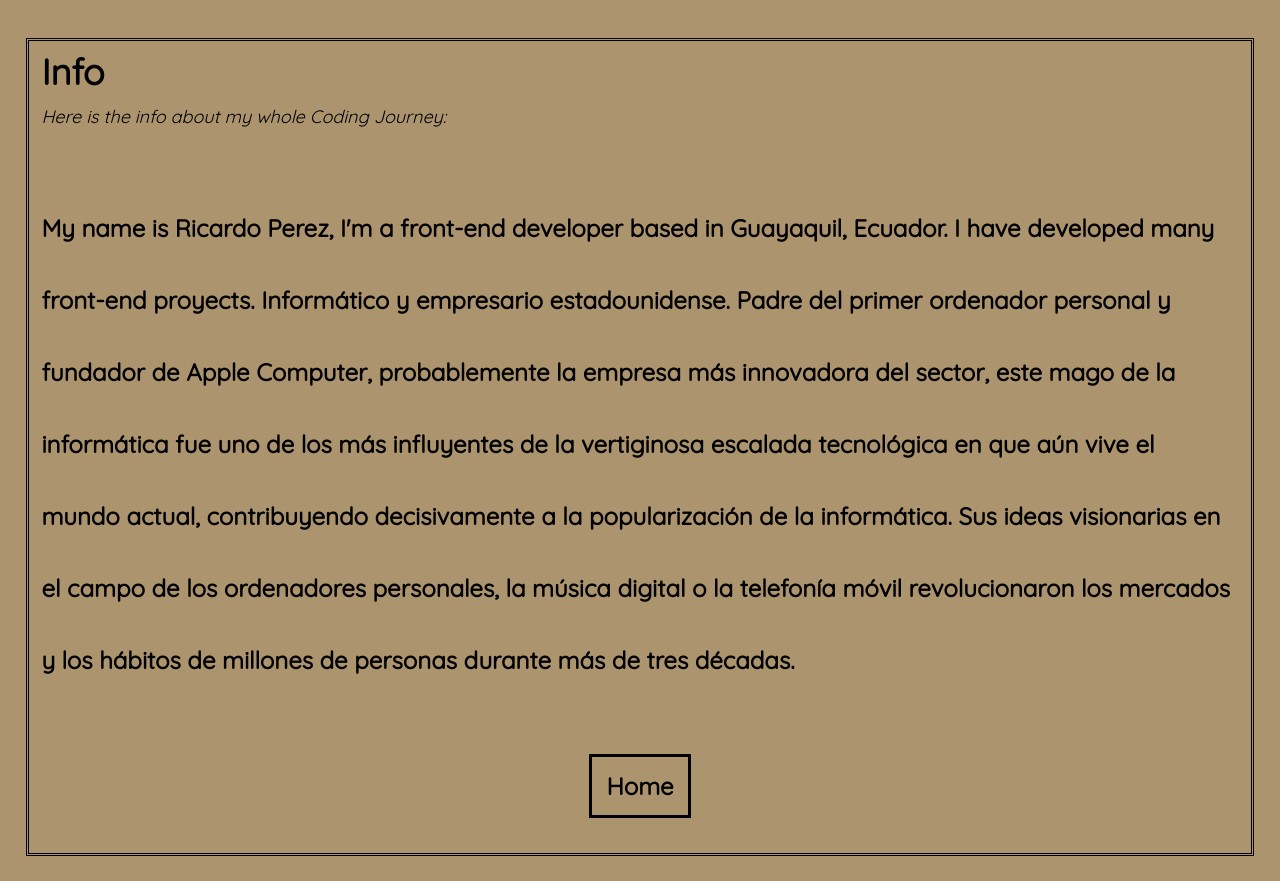
Repository: rickypcyt/ricky-react-portfolio
Page: /Info
These files come from the project's save history. The page is drawn as it stood at one moment and after the next save; the edit follows.
The browser window is 1280 px wide. The pictures show the whole page.
The project was rebuilt for these pictures with package versions that can differ from the ones it lists, and the page was loaded fresh each time. Also part of the build but not shown: src/Content.js, src/pages/Projects.js, src/pages/Contact.js, src/pages/WebMural.js, src/pages/NotesJS.js.

Above is the page before, as saved 2022-09-12 18:21:04.

After the next save:
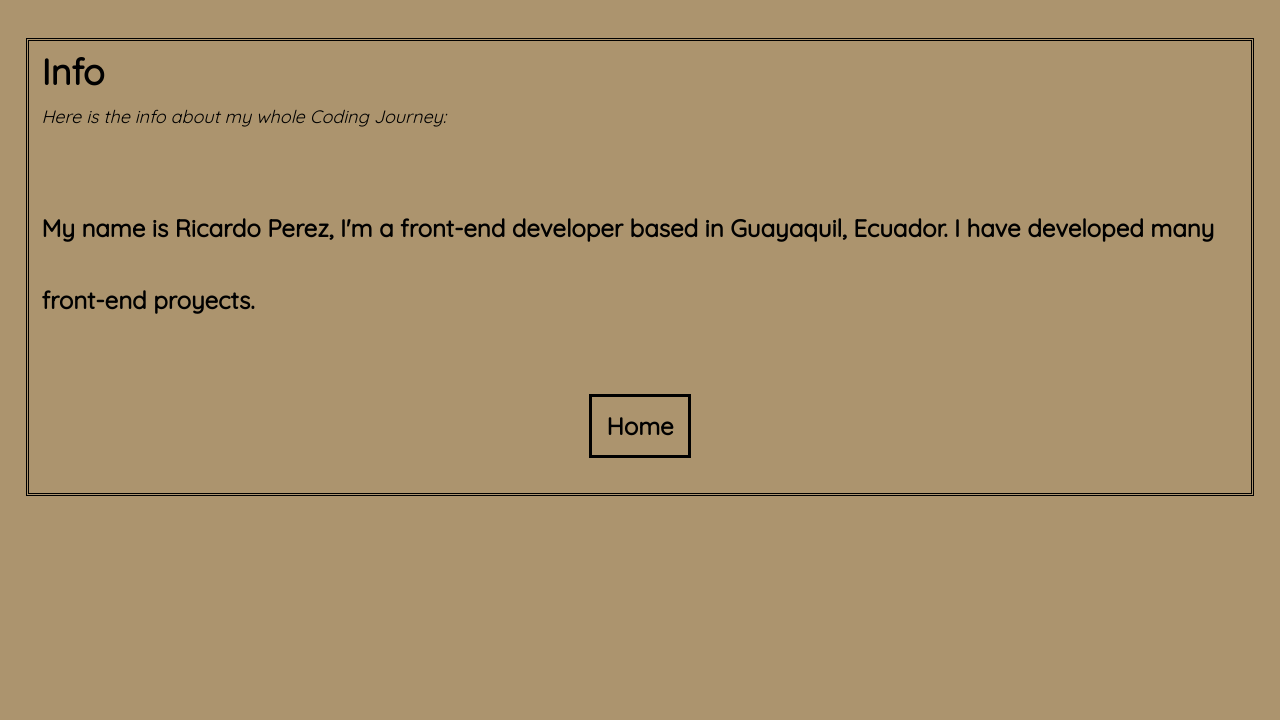
Saved 10 s later.
--- a/src/pages/Info.js
+++ b/src/pages/Info.js
@@ -15,16 +15,6 @@ export default function Info() {
               <p>
                 My name is Ricardo Perez, I'm a front-end developer based in
                 Guayaquil, Ecuador. I have developed many front-end proyects.
-                Informático y empresario estadounidense. Padre del
-                primer ordenador personal y fundador de Apple Computer,
-                probablemente la empresa más innovadora del sector, este mago de
-                la informática fue uno de los más influyentes de la vertiginosa
-                escalada tecnológica en que aún vive el mundo actual,
-                contribuyendo decisivamente a la popularización de la
-                informática. Sus ideas visionarias en el campo de los
-                ordenadores personales, la música digital o la telefonía móvil
-                revolucionaron los mercados y los hábitos de millones de
-                personas durante más de tres décadas.
               </p>
             </div>
           </section>
